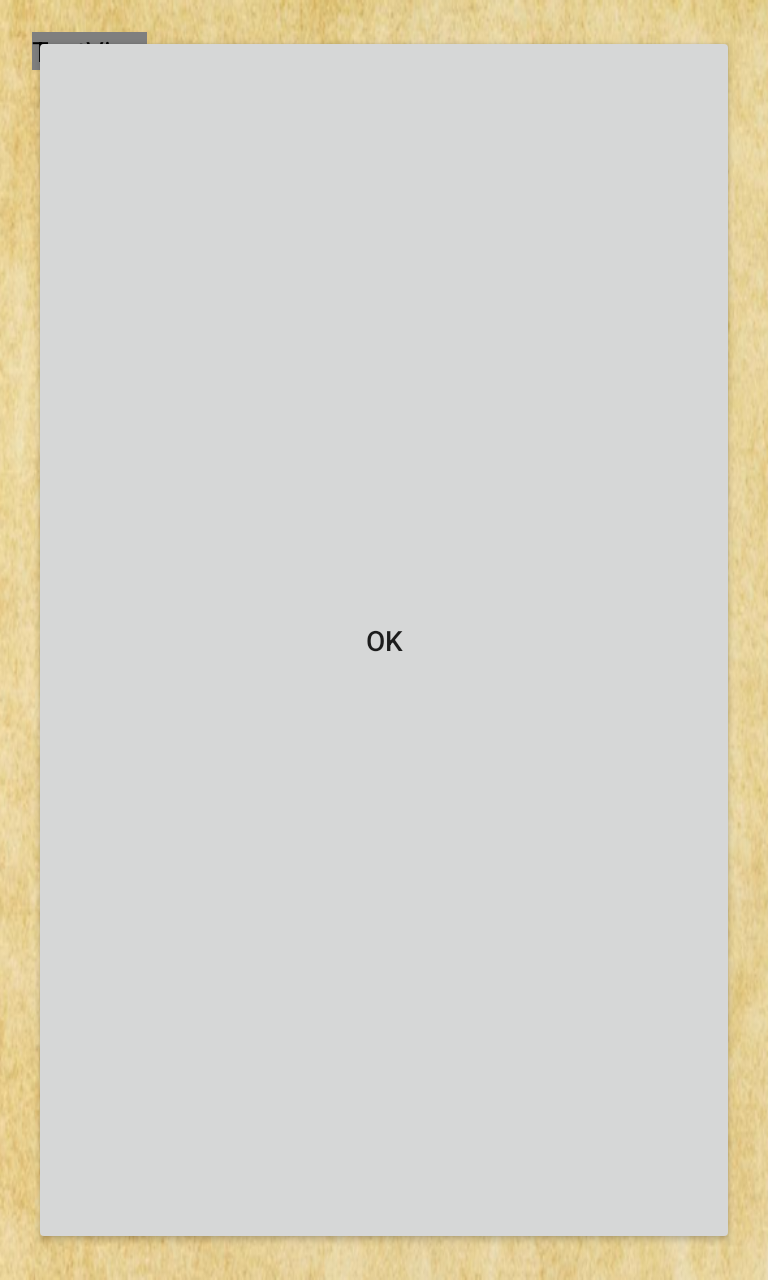
Repository: dtakiy/jogovelha
Layout: games/res/layout/activity_main.xml
The author's editor kept a copy of each file at every save. The layout is drawn from the files as they stood at one save, then again after the next save.
Pictures or frames that could not be fetched are drawn as grey boxes. It is drawn on a 768 x 1280 px phone screen (xhdpi) without system bars, with theme AppTheme; the app's code is not run.

Above is the layout before, as saved 2014-09-17 15:51:53.

After the next save:
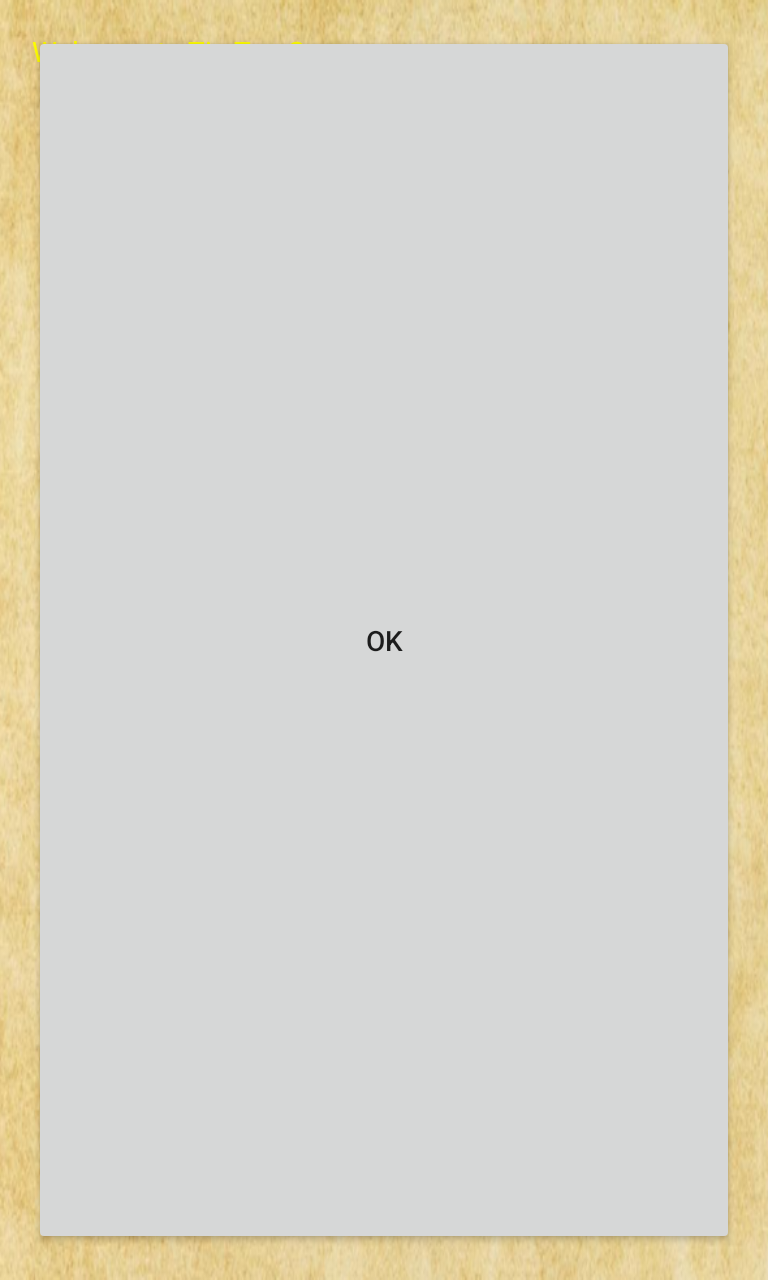
Saved 71 s later.
--- a/games/res/layout/activity_main.xml
+++ b/games/res/layout/activity_main.xml
@@ -13,7 +13,7 @@
         android:layout_width="wrap_content"
         android:layout_height="wrap_content"
         android:text="@string/hello_world"
-        android:textColor="yellow"
+        android:textColor="#FFFF00"
         />
 
     <EditText
